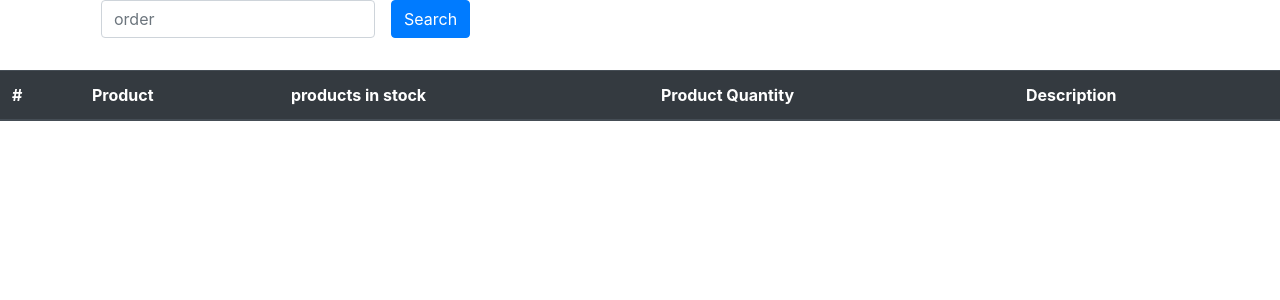
Repository: audiverth77/Prueba-software
Page: http://localhost/order/list
The author's editor kept a copy of each file at every save. The page is drawn from the files as they stood at one save, then again after the next save.
The browser window is 1280 px wide. The pictures show the whole page.
The page is served by the project's Laravel application, run on PHP 8.4 with Laravel 8.

Above is the page before, as saved 2021-04-29 13:33:24.

After the next save:
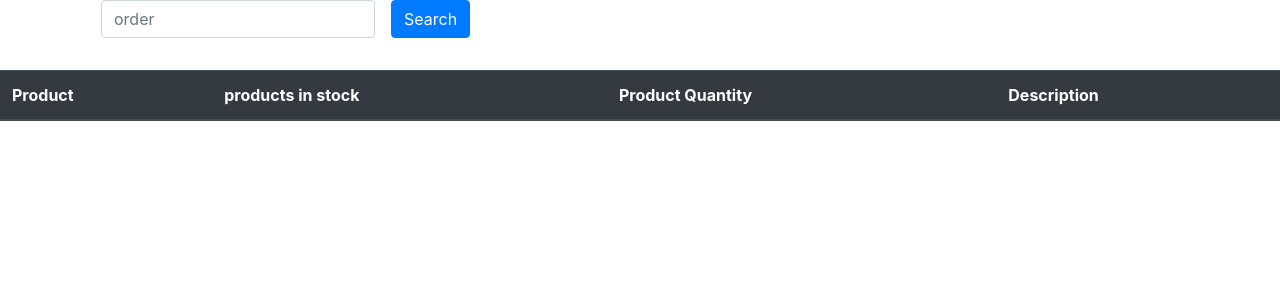
Saved 11 s later.
--- a/resources/views/products_order.blade.php
+++ b/resources/views/products_order.blade.php
@@ -413,7 +413,6 @@
     <table class="table">
         <thead class="thead-dark">
             <tr>
-                <th scope="col">#</th>
                 <th scope="col">Product</th>
                 <th scope="col">products in stock</th>
                 <th scope="col">Product Quantity</th>
